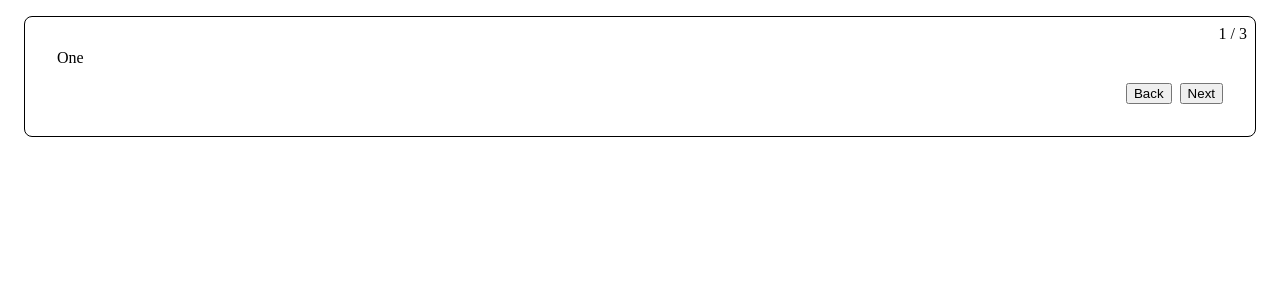
Repository: mohamediyas/reactMultiForm
Page: /
An editor plug-in stored every save of this project. The page is shown before and after the next save, followed by the edit.
The browser window is 1280 px wide. The pictures show the whole page.
The project was rebuilt for these pictures with package versions that can differ from the ones it lists, and the page was loaded fresh each time. Also part of the build but not shown: vite.config.ts.

Above is the page before, as saved 2022-10-08 19:40:13.

### src/App.tsx
import { useState } from "react";

import "./App.css";
import { useMultiform } from "./useMultiform";

function App() {
  const [count, setCount] = useState(0);

  const { step, currentstepIndex, steps } = useMultiform([
    <div>One</div>,
    <div>Two</div>,
    <div>Three</div>,
  ]);

  return (
    <div
      style={{
        position: "relative",
        backgroundColor: "white",
        border: "1px solid black",
        padding: "2rem",
        margin: "1rem",
        borderRadius: "0.5rem",
        fontFamily: "Aerial",
      }}
    >
      <form>
        <div
          style={{
            position: "absolute",
            top: "0.5rem",
            right: "0.5rem",
          }}
        >
          {currentstepIndex + 1} / {steps.length}
        </div>

        {step}
        <div
          style={{
            marginTop: "1rem",
            display: "flex",
            gap: "0.5rem",
            justifyContent: "flex-end",
          }}
        >
          <button>Back</button>
          <button>Next</button>
        </div>
      </form>
    </div>
  );
}

export default App;

### src/useMultiform.ts
import { ReactElement, useState } from "react";

export function useMultiform(steps: ReactElement[]) {
  const [currentstepIndex, setCurrentstepIndex] = useState(0);

  function next() {
    setCurrentstepIndex((prev) => {
      if (prev >= steps.length - 1) return prev;

      return prev + 1;
    });
  }

  function back() {
    setCurrentstepIndex((prev) => {
      if (prev <= 0) return prev;

      return prev - 1;
    });
  }

  function goTo(index: number) {
    setCurrentstepIndex(index);
  }

  return {
    currentstepIndex,
    step: steps[currentstepIndex],
    next,
    back,
    goTo,
    steps,
    isFirstStep: currentstepIndex === 0,
  };
}

Loaded but not shown: index.html (common file); src/main.tsx (common file); src/App.css (no stored copy; drawn as an empty file); src/index.css (no stored copy; drawn as an empty file)

After the next save:
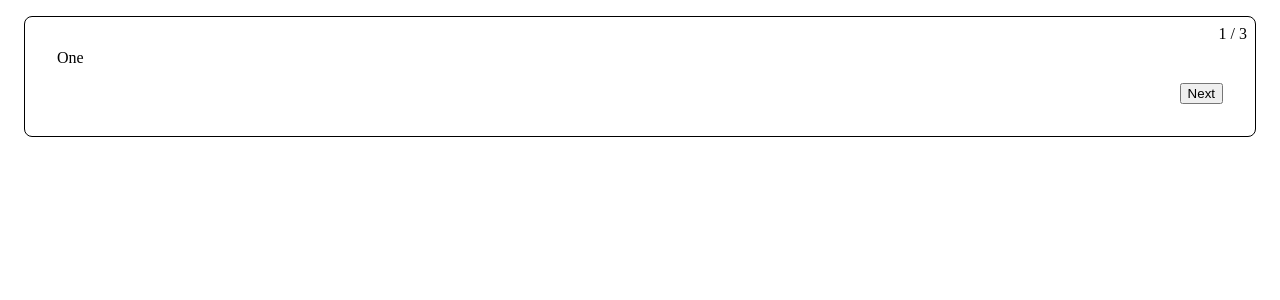
Saved 32 s later.
--- a/src/App.tsx
+++ b/src/App.tsx
@@ -6,7 +6,7 @@ import { useMultiform } from "./useMultiform";
 function App() {
   const [count, setCount] = useState(0);
 
-  const { step, currentstepIndex, steps } = useMultiform([
+  const { step, currentstepIndex, steps, isFirstStep } = useMultiform([
     <div>One</div>,
     <div>Two</div>,
     <div>Three</div>,
@@ -44,7 +44,7 @@ function App() {
             justifyContent: "flex-end",
           }}
         >
-          <button>Back</button>
+          {!isFirstStep && <button>Back</button>}
           <button>Next</button>
         </div>
       </form>
